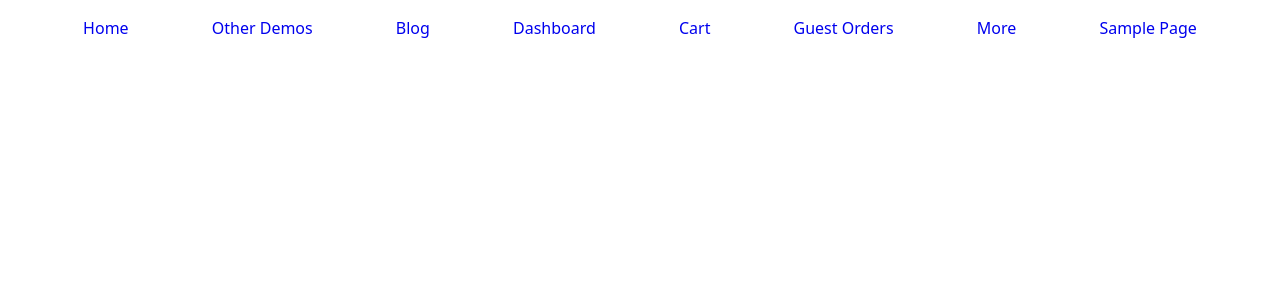
Repository: lannguyen1301/f8-zoom-day-4
Page: menu.html
These files come from the project's save history. The page is drawn as it stood at one moment and after the next save; the edit follows.
The browser window is 1280 px wide. The pictures show the whole page.

Above is the page before, as saved 2025-04-18 01:23:47.

After the next save:
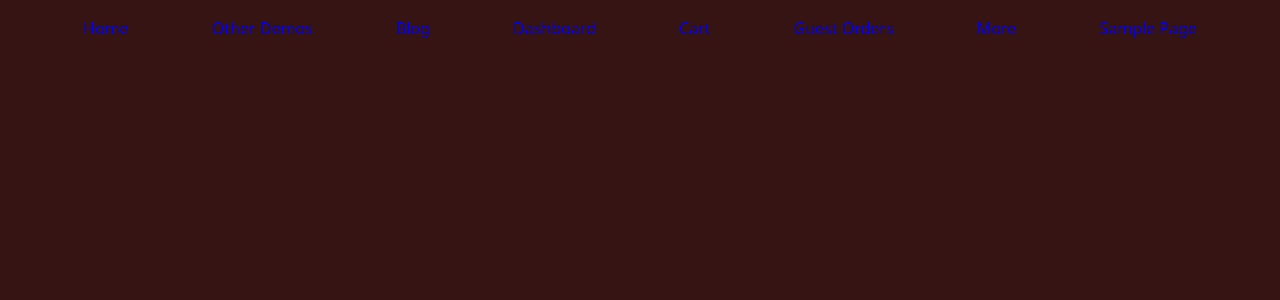
Saved 6 s later.
--- a/assets/css/navbar-style.css
+++ b/assets/css/navbar-style.css
@@ -8,7 +8,7 @@
     font-size: 16px;
     font-family: system-ui, "Segoe UI", Roboto, Helvetica, Arial, sans-serif,
         "Apple Color Emoji", "Segoe UI Emoji", "Segoe UI Symbol";
-    background-color: #ffffff;
+    background-color: #361414;
 }
 
 a {
